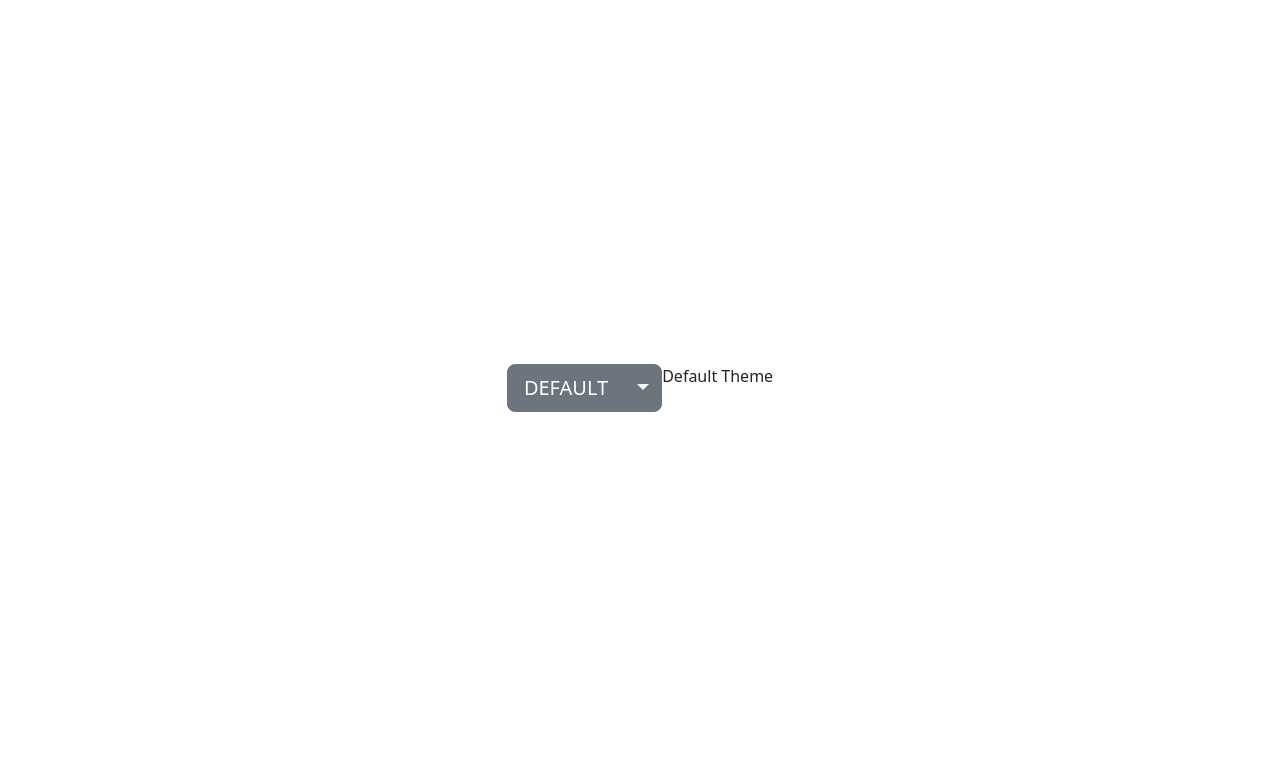
Repository: Pawan-pediredla/technologies
Page: /
These files come from the project's save history. The page is drawn as it stood at one moment and after the next save; the edit follows.
The browser window is 1280 px wide. The pictures show the whole page.
The project was rebuilt for these pictures with package versions that can differ from the ones it lists, and the page was loaded fresh each time. Also part of the build but not shown: vite.config.ts.

Above is the page before, as saved 2024-06-22 19:44:10.

### src/main.tsx
import React from 'react'
import ReactDOM from 'react-dom/client'
import App from './App.tsx'
import './index.css'
import "bootstrap/dist/css/bootstrap.min.css";
// Bootstrap Bundle JS
import "bootstrap/dist/js/bootstrap.bundle.min";

ReactDOM.createRoot(document.getElementById('root')!).render(
  <React.StrictMode>
    <App />
  </React.StrictMode>,
)

### src/App.tsx

import './App.css'
import ThemeSwitcher from './assets/comp/ThemeSwitcher'

function App() {


  return (
    <><div className="App min-vh-100 d-flex justify-content-center align-items-center" >
      <ThemeSwitcher/>
    </div>
    </>
  )
}

export default App

### src/assets/comp/ThemeSwitcher.tsx
import React from "react";
import { useState } from "react";
import { Button, ButtonGroup, Dropdown } from "react-bootstrap";

const ThemeSwitcher=()=>{
    const [theme,setTheme] =useState<string>("")
    const resetTheme = ()=>{
        setTheme("")
    }
    const themevalue = theme ? theme.toLowerCase():"secondary"
    return(
        <>
        {/* <div
        className={`text-capitalize h1 mb-4 w-100 text-center text-${themevalue}`}
      >
        {
            `${theme || "DEFAULT"} Theme`
        }
      </div>
      <div className="btn-group">
        <button className={`text-capitalize btn btn-${themevalue} btn-lg"`} type="button">
          {theme ? theme + " theme" : "Choose Theme"}
        </button>

          <button
          type="button"
          className={`btn btn-lg btn-${themevalue} dropdown-toggle dropdown-toggle-split`}
          data-bs-toggle="dropdown"
          aria-expanded="false"
        >
            <span className=""  ></span>
            <span className="visually-hidden">Toggle Dropdown</span>

            </button>
            <div className="dropdown-menu">
                <a  className="dropdown-item"  onClick={()=>setTheme("primary")}>
                    Primary Theme
                </a>
                <a className="dropdown-item" onClick={() => setTheme("danger")}>
            Danger Theme
          </a>
          <a
            className="dropdown-item" onClick={() => setTheme("success")}>
            Success Theme
          </a>
          <div className="dropdown-divider"></div>
          <a className="dropdown-item" href="#" onClick={() => resetTheme()}>
            Default Theme
          </a>
        </div>
               </div> */}
               <div className="mb-2" >
                <Dropdown as={ButtonGroup}  size={"lg"}>
                    <Button  className="text-capitalize"variant={theme?theme:"secondary"
                    } >
                        {
                            theme ?theme :"DEFAULT"
                        }
                    </Button>
                    <Dropdown.Toggle split variant={theme ?theme :"secondary"} id="dropdown-split-basic"/>
                    <Dropdown.Menu>
                        <Dropdown.Item eventKey="1 " onClick={()=>setTheme("primary")}>
                            Primary
                        </Dropdown.Item>
                        <Dropdown.Item eventKey="2" onClick={()=>setTheme("secondary")}>

                            Secondary
                        </Dropdown.Item>
                        <Dropdown.Item eventKey="3 " onClick={()=>setTheme("danger")}  >
                            Danger
                        </Dropdown.Item>
                        <Dropdown.Item eventKey="4" onClick={()=>setTheme("success")} >
                            Success
                        </Dropdown.Item>
                    </Dropdown.Menu>  <Dropdown.Item eventKey="4" onClick={resetTheme}>
            Default Theme
          </Dropdown.Item>
                </Dropdown>
               </div>
        </>
    )
}
export default ThemeSwitcher;

Loaded but not shown: index.html (common file); src/index.css (common file); src/App.css (common file)

After the next save:
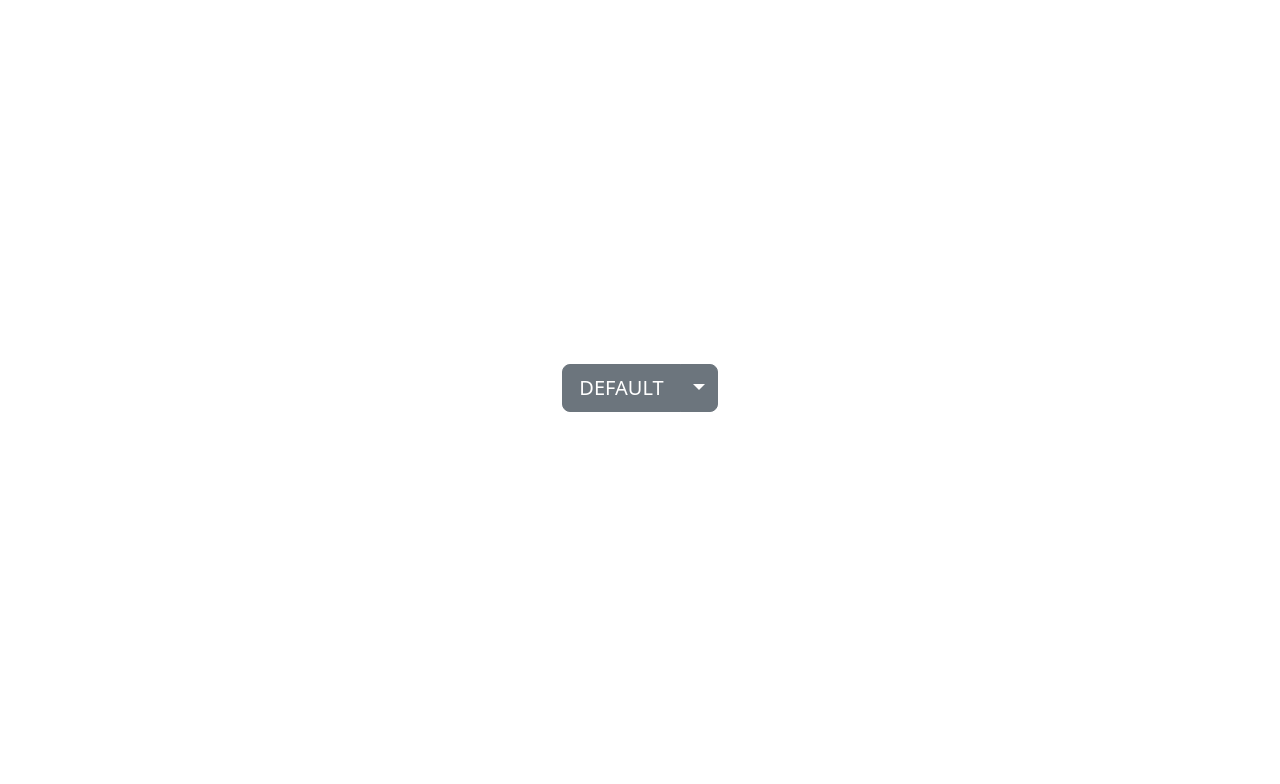
Saved 19 s later.
--- a/src/assets/comp/ThemeSwitcher.tsx
+++ b/src/assets/comp/ThemeSwitcher.tsx
@@ -72,9 +72,7 @@ const ThemeSwitcher=()=>{
                         <Dropdown.Item eventKey="4" onClick={()=>setTheme("success")} >
                             Success
                         </Dropdown.Item>
-                    </Dropdown.Menu>  <Dropdown.Item eventKey="4" onClick={resetTheme}>
-            Default Theme
-          </Dropdown.Item>
+                    </Dropdown.Menu>
                 </Dropdown>
                </div>
         </>
